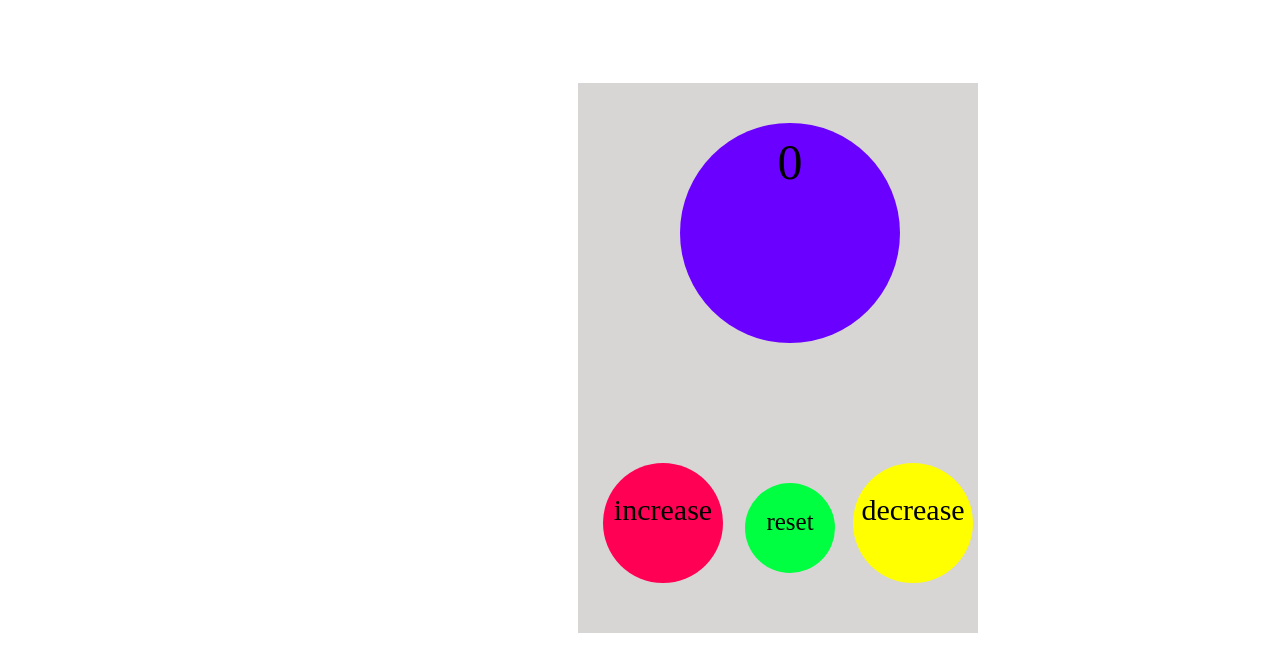
Repository: sara55m/Counter_App
Page: index.html
An editor plug-in stored every save of this project. The page is shown before and after the next save, followed by the edit.
The browser window is 1280 px wide. The pictures show the whole page.

Above is the page before, as saved 2024-07-30 03:50:00.

After the next save:
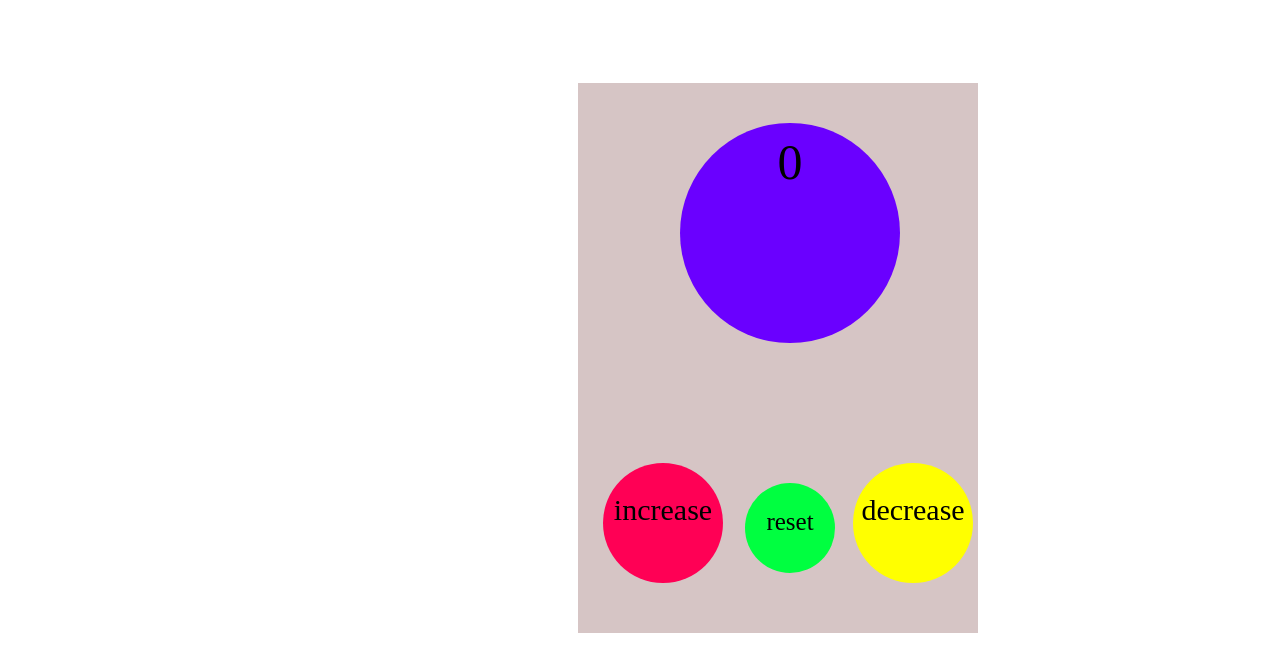
Saved 24 s later.
--- a/css/style.css
+++ b/css/style.css
@@ -4,7 +4,7 @@
     left:575px;
     height:550px;
     width:400px;
-    background-color: rgb(216, 213, 213);
+    background-color: rgb(214, 197, 197);
     border:3px solid white;
 }
 
